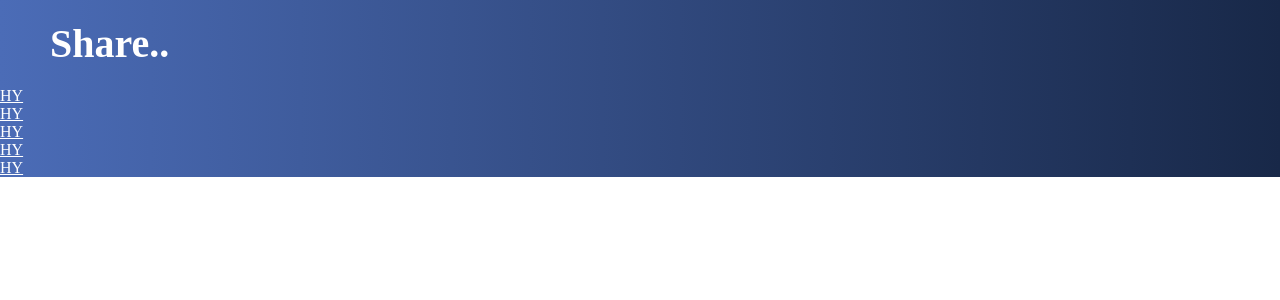
Repository: bhandarii7/TabX
Page: index.html
An editor plug-in stored every save of this project. The page is shown before and after the next save, followed by the edit.
The browser window is 1280 px wide. The pictures show the whole page.

Above is the page before, as saved 2021-10-04 21:03:28.

### index.html
<html lang="en">
<head>
    <meta charset="UTF-8">
    <meta http-equiv="X-UA-Compatible" content="IE=edge">
    <meta name="viewport" content="width=device-width, initial-scale=1.0">
    <link rel="stylesheet" href="style1.css">
    <title>Extension</title>
</head>
<body>
    <div class="box">
    <h1>Share..</h1>
    <div class="button">
        <ul>
            <li><a href="">HY</a></li>
            <li><a href="">HY</a></li>
            <li><a href="">HY</a></li>
            <li><a href="">HY</a></li>
            <li><a href="">HY</a></li>

        </ul>
    </div>

    </div>
</body>
</html>

### style1.css
*{
    margin: 0%;
    padding: 0%;
    color: white;
}
h1{
    font-size: 40px;
    padding-left: 50px;
    padding-right: 50px;
    padding-top: 20px;
    padding-bottom: 20px;
}
.box{
    background-image: linear-gradient(to right,#4b6cb7,#182848);
}

After the next save:
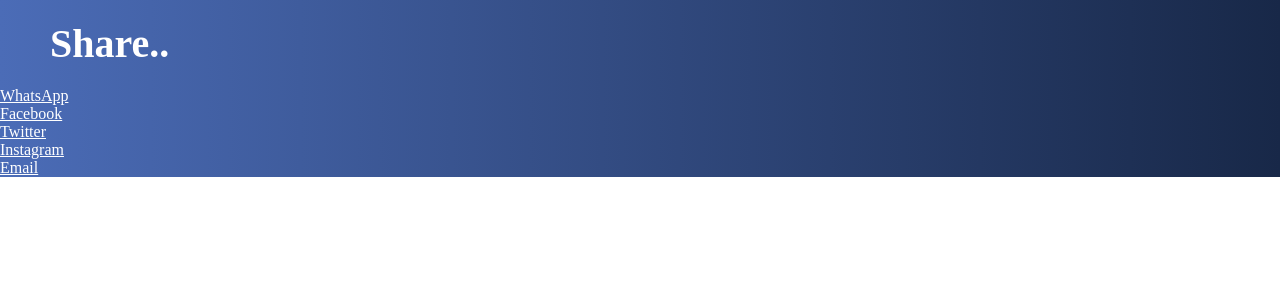
Saved 80 s later.
--- a/index.html
+++ b/index.html
@@ -11,11 +11,11 @@
     <h1>Share..</h1>
     <div class="button">
         <ul>
-            <li><a href="">HY</a></li>
-            <li><a href="">HY</a></li>
-            <li><a href="">HY</a></li>
-            <li><a href="">HY</a></li>
-            <li><a href="">HY</a></li>
+            <li><a href="">WhatsApp</a></li>
+            <li><a href="">Facebook</a></li>
+            <li><a href="">Twitter</a></li>
+            <li><a href="">Instagram</a></li>
+            <li><a href="">Email</a></li>
 
         </ul>
     </div>
